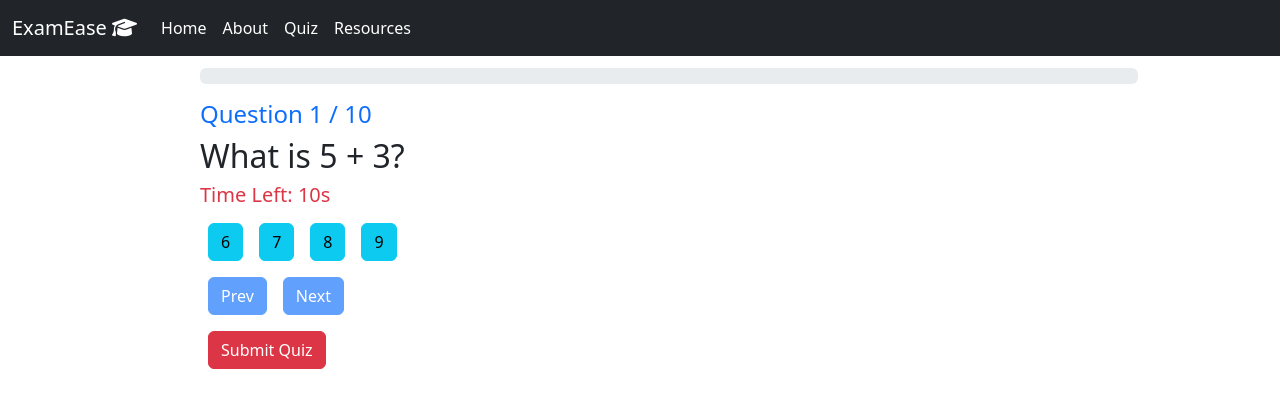
Repository: rahul-chakradhari/devquest
Page: /quiz (app in project/)
These files come from the project's save history. The page is drawn as it stood at one moment and after the next save; the edit follows.
The browser window is 1280 px wide. The pictures show the whole page.
The project was rebuilt for these pictures with package versions that can differ from the ones it lists, and the page was loaded fresh each time. Also part of the build but not shown: project/vite.config.js, project/src/components/Home.jsx, project/src/components/About.jsx, project/src/components/PerformanceAnalysis.jsx, project/src/components/Resources.jsx, project/src/index.css.

Above is the page before, as saved 2025-02-24 14:19:21.

After the next save:
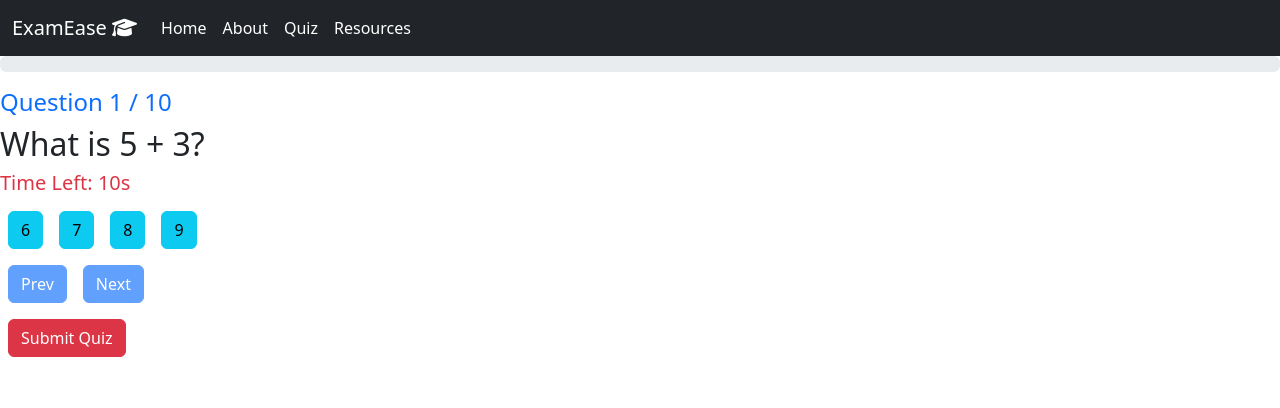
Saved 77 s later.
--- a/project/src/App.css
+++ b/project/src/App.css
@@ -1,41 +1,7 @@
-.right {
-  width: 900px;
-  height: 400px;
-}
-.stl,
-.welcome {
-  margin-left: 600px;
-}
-.left {
-  font-size: 12px; /* Overall text size kam hoga */
-}
-
-.welcome {
-  font-size: 18px; /* Heading ke liye */
-}
-
-.stl {
-  font-size: 12px; /* Description text ke liye */
-}
-.welcome {
-  margin-top: 2px;
-}
-
-.quiz-container {
-  margin-left: 200px;
-  margin-top: 12px;
-}
-.about {
-  margin-left: 12px;
-  margin-top: 12px;
-}
-.progress {
-  margin-right: 142px;
-}
 .resources-container {
   display: grid;
-  grid-template-columns: repeat(auto-fit, minmax(250px, 1fr));
-  gap: 20px;
+  grid-template-columns: repeat(3, 1fr); /* 3 columns */
+  gap: 20px; /* Space between cards */
   justify-content: center;
   max-width: 1200px;
   margin: 20px auto;
@@ -44,7 +10,7 @@
 
 .card {
   width: 100%;
-  max-width: 280px;
+  max-width: 300px;
   box-shadow: 0 4px 10px rgba(0, 0, 0, 0.2);
   border-radius: 12px;
   overflow: hidden;
